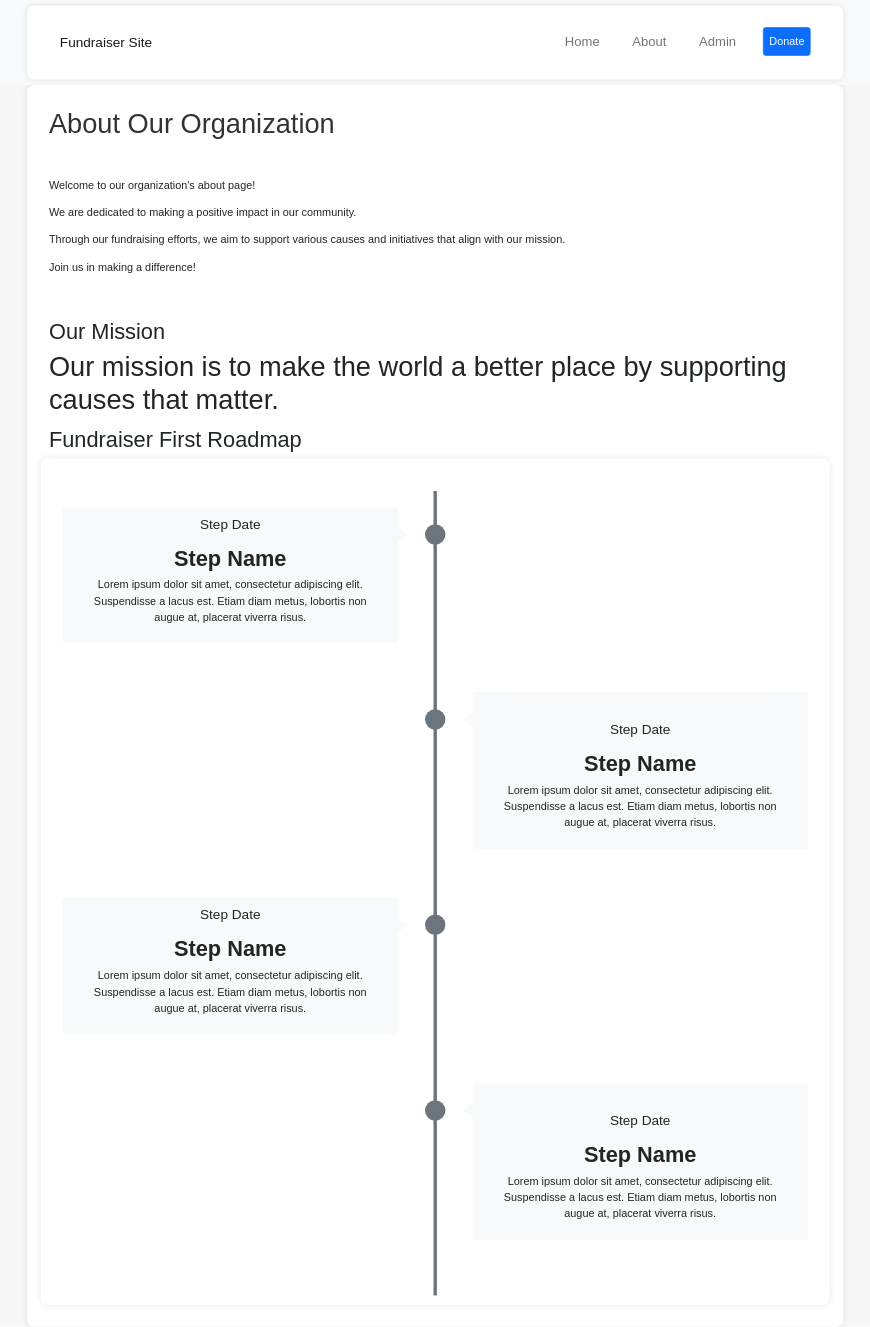
Repository: DragonFruit8/Fundraiser-Page
Page: /about
The author's editor kept a copy of each file at every save. The page is drawn from the files as they stood at one save, then again after a run of saves.
The browser window is 1280 px wide. The pictures show the whole page, at 68% of full size.
The project was rebuilt for these pictures with package versions that can differ from the ones it lists, and the page was loaded fresh each time. Also part of the build but not shown: src/pages/HomeContainer.js, src/pages/Donate.js, src/pages/Admin.js.

Above is the page before, as saved 2024-07-19 14:05:45.

### public/index.html
<!DOCTYPE html>
<html lang="en">
  <head>
    <meta charset="utf-8" />
    <link rel="icon" href="%PUBLIC_URL%/favicon.ico" />
    <meta name="viewport" content="width=device-width, initial-scale=1" />
    <meta name="theme-color" content="#000000" />
    <meta
      name="description"
      content="Web site created using create-react-app"
    />
    <link rel="apple-touch-icon" href="%PUBLIC_URL%/logo192.png" />
    <link
      href="https://cdn.jsdelivr.net/npm/bootstrap@5.0.2/dist/css/bootstrap.min.css"
      rel="stylesheet"
      integrity="sha384-EVSTQN3/azprG1Anm3QDgpJLIm9Nao0Yz1ztcQTwFspd3yD65VohhpuuCOmLASjC"
      crossorigin="anonymous"
    />
    <!--
      manifest.json provides metadata used when your web app is installed on a
      user's mobile device or desktop. See https://developers.google.com/web/fundamentals/web-app-manifest/
    -->
    <link rel="manifest" href="%PUBLIC_URL%/manifest.json" />
    <!--
      Notice the use of %PUBLIC_URL% in the tags above.
      It will be replaced with the URL of the `public` folder during the build.
      Only files inside the `public` folder can be referenced from the HTML.

      Unlike "/favicon.ico" or "favicon.ico", "%PUBLIC_URL%/favicon.ico" will
      work correctly both with client-side routing and a non-root public URL.
      Learn how to configure a non-root public URL by running `npm run build`.
    -->
    <title>React App</title>
  </head>
  <body>
    <noscript>You need to enable JavaScript to run this app.</noscript>
    <div id="root"></div>
    <!--
      This HTML file is a template.
      If you open it directly in the browser, you will see an empty page.

      You can add webfonts, meta tags, or analytics to this file.
      The build step will place the bundled scripts into the <body> tag.

      To begin the development, run `npm start` or `yarn start`.
      To create a production bundle, use `npm run build` or `yarn build`.
    -->
    <script
      src="https://cdn.jsdelivr.net/npm/bootstrap@5.0.2/dist/js/bootstrap.bundle.min.js"
      integrity="sha384-MrcW6ZMFYlzcLA8Nl+NtUVF0sA7MsXsP1UyJoMp4YLEuNSfAP+JcXn/tWtIaxVXM"
      crossorigin="anonymous"
    ></script>
    <script
      src="https://cdn.jsdelivr.net/npm/@popperjs/core@2.9.2/dist/umd/popper.min.js"
      integrity="sha384-IQsoLXl5PILFhosVNubq5LC7Qb9DXgDA9i+tQ8Zj3iwWAwPtgFTxbJ8NT4GN1R8p"
      crossorigin="anonymous"
    ></script>
    <script
      src="https://cdn.jsdelivr.net/npm/bootstrap@5.0.2/dist/js/bootstrap.min.js"
      integrity="sha384-cVKIPhGWiC2Al4u+LWgxfKTRIcfu0JTxR+EQDz/bgldoEyl4H0zUF0QKbrJ0EcQF"
      crossorigin="anonymous"
    ></script>
  </body>
</html>

### src/App.js
import React from 'react';
import { BrowserRouter as Router, Route, Routes } from 'react-router-dom';
import Home from './pages/HomeContainer';
import About from './pages/About';
import Donate from './pages/Donate';
import Admin from './pages/Admin';
import GlobalStyle from './globalStyles';
import Navbar from './components/Navbar';

const App = () => {
  return (
    <Router>
      <GlobalStyle />
        <Navbar />
      <Routes>
          <Route exact path="/" element={<Home />} />
          <Route path="/about" element={<About />} />
          <Route path="/donate" element={<Donate />} />
          <Route path="/admin" element={<Admin />} />
      </Routes>
    </Router>
  );
};

export default App;

### src/pages/About.js
import React from 'react';
import styled from 'styled-components';

const AboutContainer = styled.div`
    text-align: center;

    .timeline:before {
        content: "";
        background: var(--bs-secondary);
        width: 5px;
        height: 95%;
        position: absolute;
        left: 50%;
        transform: translateX(-50%);
    }

    .timeline-item:nth-child(even) .timeline-content {
        float: right;
        padding: 40px 30px 10px 30px;
    }

    .timeline-item:nth-child(even) .timeline-content .date {
        right: auto;
        left: 0;
    }

    .timeline-item:nth-child(even) .timeline-content::after {
        content: "";
        position: absolute;
        border-style: solid;
        width: 0;
        height: 0;
        top: 30px;
        left: -15px;
        border-width: 10px 15px 10px 0;
        border-color: transparent var(--bs-light) transparent transparent;
    }

    .timeline-item::after {
        content: "";
        display: block;
        clear: both;
    }

    .timeline-content {
        position: relative;
        width: 45%;
        padding: 10px 30px;
        border-radius: 4px;
        background: var(--bs-light);
    }

    .timeline-content::after {
        content: "";
        position: absolute;
        border-style: solid;
        width: 0;
        height: 0;
        top: 30px;
        right: -15px;
        border-width: 10px 0 10px 15px;
        border-color: transparent transparent transparent var(--bs-light);
    }

    .timeline-img {
        width: 30px;
        height: 30px;
        background: var(--bs-secondary);
        border-radius: 50%;
        position: absolute;
        left: 50%;
        margin-top: 25px;
        margin-left: -15px;
    }

    @media screen and (max-width: 768px) {
        .timeline::before {
            left: 50px;
        }

        .timeline .timeline-img {
            left: 50px;
        }

        .timeline .timeline-content {
            max-width: 100%;
            width: auto;
            margin-left: 70px;
        }

        .timeline .timeline-item:nth-child(even) .timeline-content {
            float: none;
        }

        .timeline .timeline-item:nth-child(odd) .timeline-content::after {
            content: "";
            position: absolute;
            border-style: solid;
            width: 0;
            height: 0;
            top: 30px;
            left: -15px;
            border-width: 10px 15px 10px 0;
            border-color: transparent #f5f5f5 transparent transparent;
        }
    }
`;

const About = () => {
    return (
        <AboutContainer>
            <div className="container col h-100 justify-content-center align-items-center">
                <h1 className="text-start">About Our Organization</h1>
                <div className="row justify-content-center align-items-center">
                    <div className="col-md-12 my-5 text-start" style={{ textAlign: 'center' }}>
                        <p>Welcome to our organization's about page!</p>
                        <p>We are dedicated to making a positive impact in our community.</p>
                        <p>
                            Through our fundraising efforts, we aim to support various causes and initiatives that align with our
                            mission.
                        </p>
                        <p>Join us in making a difference!</p>
                    </div>
                </div>
                <div className="row justify-content-center align-items-center">
                    <div className="col-md-12 display-6 text-start" style={{ textAlign: 'center' }}>
                        <h2 className="display-7">Our Mission</h2>
                        <p>Our mission is to make the world a better place by supporting causes that matter.</p>
                    </div>
                </div>
                {/* Timeline title */}
                <div className="row justify-content-center align-items-center">
                    <div className="col-md-12 display-6 text-start" style={{ textAlign: 'center' }}>
                        <h2 className="display-7">Fundraiser First Roadmap</h2>
                    </div>
                </div>
                <div className="row justify-content-center align-items-center">
                    <div className="container py-5 timeline position-relative">
                        <div className="timeline-item w-100 mb-4 py-4 text-dark lc-block">
                            <div className="timeline-img"></div>
                            <div className="timeline-content">
                                <p className="lead">Step Date</p>
                                <h2 className="fw-bold rfs-12">Step Name</h2>
                                <div>
                                    <p>
                                        Lorem ipsum dolor sit amet, consectetur adipiscing elit. Suspendisse a lacus est. Etiam diam metus,
                                        lobortis non augue at, placerat viverra risus.
                                    </p>
                                </div>
                            </div>
                        </div>
                        <div className="timeline-item w-100 mb-4 py-4 text-dark lc-block">
                            <div className="timeline-img"></div>
                            <div className="timeline-content">
                                <p className="lead">Step Date</p>
                                <h2 className="fw-bold rfs-12">Step Name</h2>
                                <div>
                                    <p>
                                        Lorem ipsum dolor sit amet, consectetur adipiscing elit. Suspendisse a lacus est. Etiam diam metus,
                                        lobortis non augue at, placerat viverra risus.
                                    </p>
                                </div>
                            </div>
                        </div>
                        <div className="timeline-item w-100 mb-4 py-4 text-dark lc-block">
                            <div className="timeline-img"></div>
                            <div className="timeline-content">
                                <p className="lead">Step Date</p>
                                <h2 className="fw-bold rfs-12">Step Name</h2>
                                <div>
                                    <p>
                                        Lorem ipsum dolor sit amet, consectetur adipiscing elit. Suspendisse a lacus est. Etiam diam metus,
                                        lobortis non augue at, placerat viverra risus.
                                    </p>
                                </div>
                            </div>
                        </div>
                        <div className="timeline-item w-100 mb-4 py-4 text-dark lc-block">
                            <div className="timeline-img"></div>
                            <div className="timeline-content">
                                <p className="lead">Step Date</p>
                                <h2 className="fw-bold rfs-12">Step Name</h2>
                                <div>
                                    <p>
                                        Lorem ipsum dolor sit amet, consectetur adipiscing elit. Suspendisse a lacus est. Etiam diam metus,
                                        lobortis non augue at, placerat viverra risus.
                                    </p>
                                </div>
                            </div>
                        </div>
                    </div>
                </div>
            </div>
        </AboutContainer>
    );
};

export default About;

### src/globalStyles.js
import { createGlobalStyle } from 'styled-components';

const GlobalStyle = createGlobalStyle`
  body {
    margin: 0;
    padding: 0;
    font-family: 'Arial', sans-serif;
    background-color: #f7f7f7;
  }

  nav {
    background-color: #333;
    padding: 1rem;
    display: flex;
    justify-content: center;
  }

  nav a {
    color: #fff;
    margin: 0 1rem;
    text-decoration: none;
    font-size: 1.2rem;
  }

  nav a:hover {
    text-decoration: underline;
  }

  .container {
    max-width: 1200px;
    margin: 0 auto;
    padding: 2rem;
    background-color: #fff;
    box-shadow: 0 0 10px rgba(0, 0, 0, 0.1);
    border-radius: 10px;
  }

  h1 {
    color: #333;
  }

  button {
    background-color: #007BFF;
    color: #fff;
    border: none;
    padding: 0.5rem 1rem;
    font-size: 1rem;
    border-radius: 5px;
    cursor: pointer;
  }

  button:hover {
    background-color: #0056b3;
  }

  input {
    padding: 0.5rem;
    font-size: 1rem;
    margin-right: 0.5rem;
    border-radius: 5px;
    border: 1px solid #ccc;
  }
`;

export default GlobalStyle;

### src/components/Navbar.js
import React from 'react';
import { Link } from 'react-router-dom';

const Navbar = () => {
    return (
        <nav className="navbar navbar-expand-lg navbar-light bg-light">
            <div className="container">
                <Link className="navbar-brand" to="/">Fundraiser Site</Link>
                <button className="navbar-toggler" type="button" data-bs-toggle="collapse" data-bs-target="#navbarNav" aria-controls="navbarNav" aria-expanded="false" aria-label="Toggle navigation">
                    <span className="navbar-toggler-icon"></span>
                </button>
                <div className="collapse navbar-collapse" id="navbarNav">
                    <ul className="navbar-nav ms-auto">
                        <li className="nav-item">
                            <Link className="nav-link" to="/">Home</Link>
                        </li>
                        <li className="nav-item">
                            <Link className="nav-link" to="/about">About</Link>
                        </li>
                        <li className="nav-item">
                            <Link className="nav-link" to="/admin">Admin</Link>
                        </li>
                        <li className="nav-item">
                            <Link className="nav-link btn btn-primary text-white" to="/donate">Donate</Link>
                        </li>
                    </ul>
                </div>
            </div>
        </nav>
    );
}

export default Navbar;

Loaded but not shown: src/index.js (common file); src/index.css (common file)

After the next 2 saves:
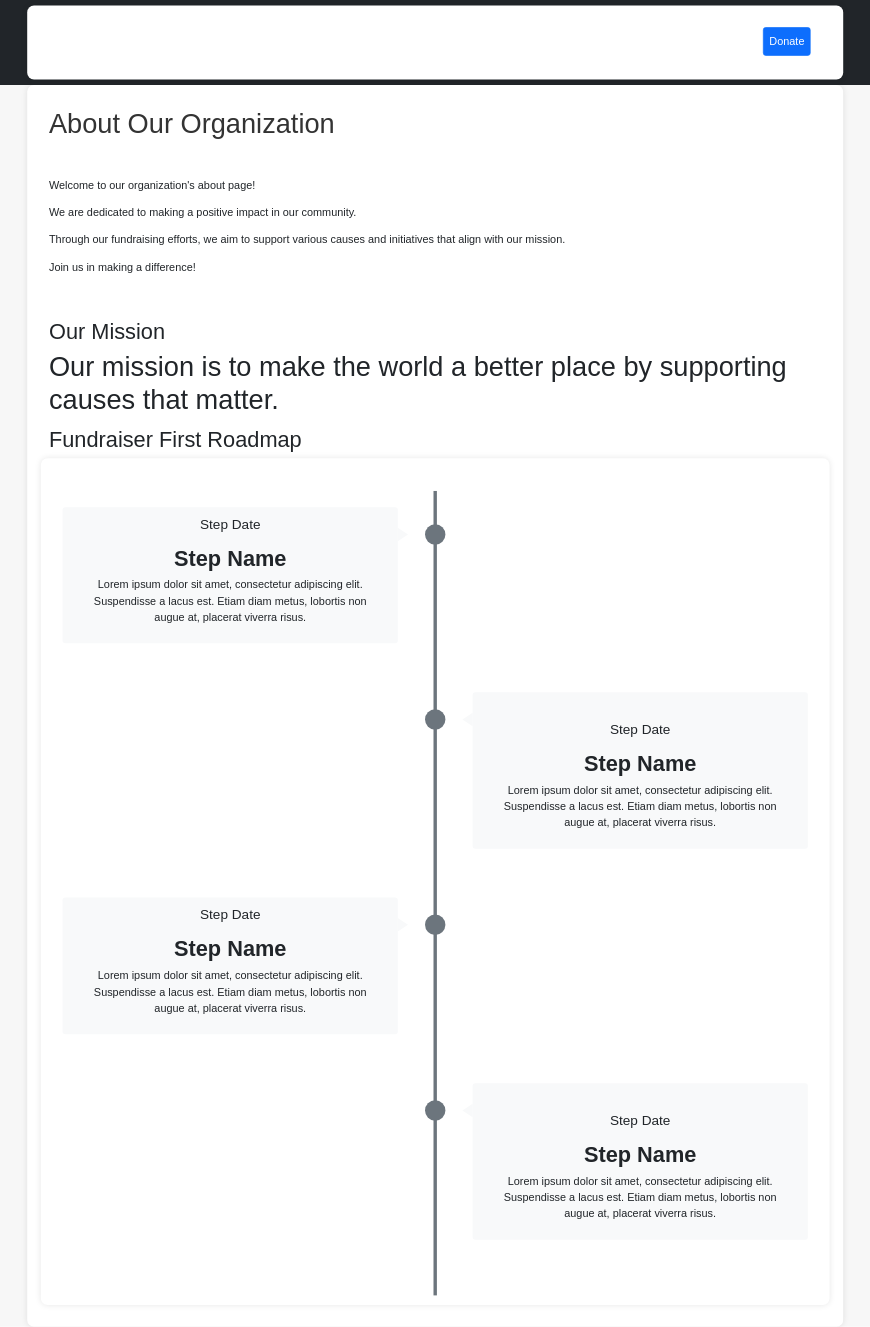
The 2 saves are shown as one change because they came seconds apart.
The last was saved 61 s later.
--- a/src/components/Navbar.js
+++ b/src/components/Navbar.js
@@ -3,7 +3,7 @@ import { Link } from 'react-router-dom';
 
 const Navbar = () => {
     return (
-        <nav className="navbar navbar-expand-lg navbar-light bg-light">
+        <nav className="navbar navbar-expand-lg navbar-dark bg-dark">
             <div className="container">
                 <Link className="navbar-brand" to="/">Fundraiser Site</Link>
                 <button className="navbar-toggler" type="button" data-bs-toggle="collapse" data-bs-target="#navbarNav" aria-controls="navbarNav" aria-expanded="false" aria-label="Toggle navigation">
